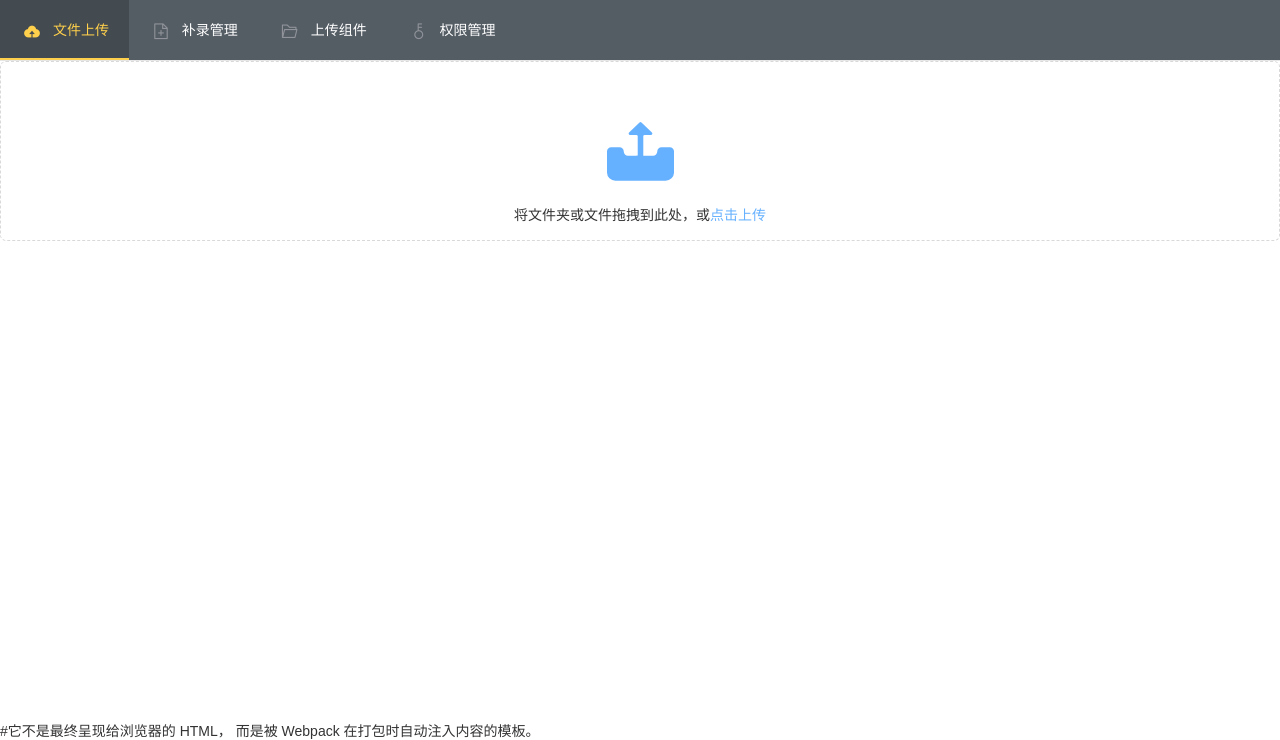
Repository: Savannah20041208/new_web-vue2
Page: /
The author's editor kept a copy of each file at every save. The page is drawn from the files as they stood at one save, then again after the next save.
The browser window is 1280 px wide. The pictures show the whole page.
The page's requests for data from a server got no answer. The project was rebuilt for these pictures with package versions that can differ from the ones it lists, and the page was loaded fresh each time. No one was signed in, and anything a server would have sent is missing. Also part of the build but not shown: vue.config.js, src/components/x-upload/components/x-file.vue, src/components/permission/index.vue, src/components/supplement/index.vue.

Above is the page before, as saved 2025-08-04 18:29:35.

### public/index.html
<!DOCTYPE html>
<html lang="">
  <head>
    <meta charset="utf-8">
    <meta http-equiv="X-UA-Compatible" content="IE=edge">
    <meta name="viewport" content="width=device-width,initial-scale=1.0">
    <link rel="icon" href="<%= BASE_URL %>favicon.ico">
    <title><%= htmlWebpackPlugin.options.title %></title>
  </head>
  <body>
    <noscript>
      <strong>We're sorry but <%= htmlWebpackPlugin.options.title %> doesn't work properly without JavaScript enabled. Please enable it to continue.</strong>
    </noscript>
    <div id="app"></div>
    <!-- built files will be auto injected -->
  </body>
</html>

#它不是最终呈现给浏览器的 HTML，
而是被 Webpack 在打包时自动注入内容的模板。

### src/App.vue
<template>
  <div id="app" style="height: 100vh">
    <navigation />
    <div class="main-content">
      <router-view></router-view>
    </div>

    <x-upload ref="globalUploader" />
  </div>
</template>

<script>
import XUpload from "@/components/x-upload";
import Navigation from "@/components/navigation";

export default {
  name: "App",
  components: {
    XUpload,
    Navigation
  },
  methods: {
    // 导出单独文件->url，通过标识返回不同的值
    exportFileUrl(identifier, type = 'default') {
      const baseUrl = 'api/fileUploadTask';

      switch (type) {
        case 'check':
          // 分片检查请求
          return `${baseUrl}/${identifier}`;
        case 'upload':
          // 分片上传请求
          return `${baseUrl}/upload`;
        case 'direct':
          // 直接上传（不分片）
          return `${baseUrl}/directUpload`;
        case 'supplement':
          // 补录上传
          return `${baseUrl}/supplementUpload`;
        default:
          return `${baseUrl}/upload`;
      }
    },

    // 获取全局上传器实例
    getGlobalUploader() {
      return this.$refs.globalUploader;
    }
  },
  mounted() {
    // 将导出方法挂载到全局，方便其他组件调用
    this.$root.exportFileUrl = this.exportFileUrl;
    this.$root.getGlobalUploader = this.getGlobalUploader;
  }
};
</script>

### src/assets/styles/reset.css
html,
body {
  height: 100%;
  /* 文字风格 Sans-serif 各笔画粗细相同，Serif 笔画粗细不同，monospace 等宽体，cursive草书，fantasy梦幻 */
  font-family: 'Microsoft YaHei', sans-serif, 'Helvetica Neue', Helvetica,
    Arial, '黑体', '宋体', Arial;
  -webkit-tap-highlight-color: transparent;
  -webkit-font-smoothing: antialiased;
  -moz-osx-font-smoothing: grayscale;
}
body {
  font-size: 14px;
  color: #333;
}
#app {
  height: 100%;
}
/* 重置各标签的默认样式 */
a,
body,
center,
cite,
code,
dd,
del,
div,
dl,
dt,
em,
fieldset,
figcaption,
figure,
footer,
form,
h1,
h2,
h3,
h4,
h5,
h6,
header,
hr,
html,
img,
input,
label,
legend,
li,
mark,
ol,
p,
section,
span,
textarea,
time,
td,
th,
ul {
  margin: 0;
  border: 0;
  padding: 0;
  font-style: normal;
  box-sizing: border-box;
  /*  自动换行 */
  word-wrap: break-word;
  /*  强制英文单词断行 */
  word-break: break-all;
}

/*  设置标签为块级分类 */
article,
aside,
details,
fieldset,
figcaption,
figure,
footer,
header,
main,
nav,
section {
  display: block;
}

/* 去除input标签的默认样式 */
button,
input,
textarea {
  -webkit-appearance: none;
  font-family: 'Microsoft YaHei', sans-serif, 'Helvetica Neue', Helvetica,
    Arial, '黑体', '宋体', Arial;
  border: 0;
  margin: 0;
  padding: 0;
  font-size: 1em;
  line-height: 1em;
  outline: none;
  background-color: transparent;
}

/*  禁止多文本框手动拖动大小 */
textarea {
  resize: none;
  -webkit-appearance: none;
}

/* 去掉按下的阴影盒子 */
input,
textarea,
a {
  -webkit-tap-highlight-color: transparent;
}

/*  清除a标签下划线 */
a,
a:visited {
  text-decoration: none;
}
a:focus,
a:active,
a:hover {
  outline: none;
}

/*  清除列表前面的点 */
ol,
li,
ul {
  list-style: none;
}

/*  清除IE下图片的边框 */
img {
  border-style: none;
  font-size: 0;
}

/*  解决chrome浏览器默认黄色背景问题 */
input:-webkit-autofill,
textarea:-webkit-autofill,
select:-webkit-autofill {
  -webkit-box-shadow: 0 0 0 1000px #fff inset;
}

/*  设置默认滚动条样式 */
::-webkit-input-placeholder {
  color: #afbdcc;
}
:-moz-placeholder {
  color: #afbdcc;
}
::-moz-placeholder {
  color: #afbdcc;
}
:-ms-input-placeholder {
  color: #afbdcc;
}
::-webkit-scrollbar {
  width: 6px;
  height: 6px;
}
::-webkit-scrollbar-track {
  background-color: #f5f5f5;
}
::-webkit-scrollbar-track-piece {
  background-color: #f5f5f5;
  border-radius: 6px;
}
::-webkit-scrollbar-thumb {
  background-color: #cccccc;
  border-radius: 6px;
}
::-webkit-scrollbar-corner {
  background-color: #f5f5f5;
}
::-webkit-resizer {
  background-repeat: no-repeat;
  background-position: bottom right;
}

### src/components/navigation/index.vue
<template>
  <div class="navigation">
    <el-menu
      :default-active="activeIndex"
      class="el-menu-demo"
      mode="horizontal"
      @select="handleSelect"
      background-color="#545c64"
      text-color="#fff"
      active-text-color="#ffd04b"
    >
      <el-menu-item index="/">
        <i class="el-icon-upload"></i>
        文件上传
      </el-menu-item>
      <el-menu-item index="/supplement">
        <i class="el-icon-document-add"></i>
        补录管理
      </el-menu-item>
      <el-menu-item index="/xupload">
        <i class="el-icon-folder-opened"></i>
        上传组件
      </el-menu-item>
      <el-menu-item index="/permission">
        <i class="el-icon-key"></i>
        权限管理
      </el-menu-item>
    </el-menu>
  </div>
</template>

<script>
export default {
  name: 'Navigation',
  data() {
    return {
      activeIndex: '/'
    }
  },
  methods: {
    handleSelect(key) {
      this.activeIndex = key;
      this.$router.push(key);
    }
  },
  watch: {
    '$route'(to) {
      this.activeIndex = to.path;
    }
  },
  mounted() {
    this.activeIndex = this.$route.path;
  }
}
</script>

<style scoped>
.navigation {
  width: 100%;
}

.el-menu-demo {
  border-bottom: none;
}
</style>

### src/components/x-upload/components/folder-drag-upload/index.vue
<template>
  <div class="folder-drag-upload">
    <div class="upload-dragger" :class="{
      'is-dragover': dragover
    }" @click="onClick" @drop.prevent="onDrop" @dragover.prevent="onDragover" @dragleave.prevent="onDragleave">
      <slot>
        <template v-if="files.length === 0">
          <div class="upload__svg">
            <svg t="1649654296943" class="icon" viewBox="0 0 1170 1024" version="1.1" p-id="2203" width="67"
              height="67">
              <path
                d="M877.714286 512a73.142857 73.142857 0 0 1-73.142857 73.142857h-438.857143A73.142857 73.142857 0 0 1 292.571429 512 73.142857 73.142857 0 0 0 219.428571 438.857143h-146.285714A73.142857 73.142857 0 0 0 0 512V877.714286a146.285714 146.285714 0 0 0 146.285714 146.285714h877.714286a146.285714 146.285714 0 0 0 146.285714-146.285714v-365.714286A73.142857 73.142857 0 0 0 1097.142857 438.857143h-146.285714a73.142857 73.142857 0 0 0-73.142857 73.142857z"
                fill="#66b1ff" p-id="2204"></path>
              <path
                d="M560.761905 950.857143a48.761905 48.761905 0 0 0 48.761905-48.761905V585.142857h-97.52381v316.952381a48.761905 48.761905 0 0 0 48.761905 48.761905z"
                fill="#66b1ff" p-id="2205"></path>
              <path
                d="M402.285714 222.841905h109.714286a24.380952 24.380952 0 0 1 24.380952 24.380952V877.714286a48.761905 48.761905 0 0 0 97.52381 0V247.222857a24.380952 24.380952 0 0 1 24.380952-24.380952h109.714286a24.380952 24.380952 0 0 0 16.579048-41.935238L601.721905 6.826667a24.380952 24.380952 0 0 0-33.645715 0L385.219048 180.906667a24.380952 24.380952 0 0 0 17.066666 41.935238z"
                fill="#66b1ff" p-id="2206"></path>
            </svg>
          </div>
          <div class="upload__text">将文件夹或文件拖拽到此处，或<em>点击上传</em></div>
        </template>
        <template v-else>
          <el-table :data="Array.from(files)" height="100%" style="width: 100%" show-summary sum-text="共计"
            :summary-method="filesNUM">
            <el-table-column type="index" width="50"></el-table-column>
            <el-table-column prop="webkitRelativePath,fullPath" label="Name">
              <template slot-scope="scope">
                {{ scope.row.webkitRelativePath || scope.row.fullPath || scope.row.name }}
              </template>
            </el-table-column>
            <el-table-column prop="size" label="Size" width="150px">
              <template slot-scope="scope">
                {{ formatSize(scope.row.size) }}
              </template>
            </el-table-column>
            <el-table-column label="操作" width="200" align="center">
              <template slot="header">
                <el-button-group>
                  <el-button size="mini" type="danger" plain icon="el-icon-close"
                    @click.stop="clearFiles">清空</el-button>
                  <el-button size="mini" type="primary" plain @click.stop="submitFiles">
                    提交
                    <i class="el-icon-upload2 el-icon--right"></i>
                  </el-button>
                </el-button-group>
              </template>
              <template slot-scope="scope">
                <el-button size="mini" type="text" @click.stop="removeFile(scope.$index)">删除</el-button>
              </template>
            </el-table-column>
          </el-table>
        </template>
      </slot>
    </div>
    <input ref="input" type="file" name="file" class="upload__input" @change="inputChange" multiple />
  </div>
</template>

<script>
export default {
  name: 'FolderDragUpload',
  data() {
    return {
      dragover: false,
      files: []
    }
  },
  methods: {
    getFiles() {
      return this.files
    },
    onClick() {
      this.$refs.input.click()
    },
    inputChange() {
      const { files } = this.$refs.input
      if (files.length) this.files.push(...files)
    },
    clearFiles() {
      this.files = []
    },
    submitFiles() {
      this.$uploadBus.$emit('openUploader', {
        files: this.files,
      })
    },
    onDragover(e) {
      e.preventDefault()
      this.dragover = true
    },
    onDragleave(e) {
      e.preventDefault()
      this.dragover = false
    },
    onDrop(e) {
      e.preventDefault();
      this.dragover = false;
      const { items } = e.dataTransfer;
      console.log(items);
      for (let i = 0; i <= items.length - 1; i++) {
        let item = items[i];
        if (item.kind === 'file') {
          let entry = item.webkitGetAsEntry();
          if (entry) {
            if (entry.isFile) {
              entry.file((file) => {
                Object.defineProperty(file, 'webkitRelativePath', { writable: true });
                file.webkitRelativePath = entry.fullPath.slice(1);
                this.files.push(file);
              });
            } else if (entry.isDirectory) {
              let dirReader = entry.createReader();
              dirReader.readEntries((entries) => {
                entries.forEach((item) => this.getFileFromEntryRecursively(item));
              });
            }
          }
        }
      }
    },
    //获取文件夹下的所有文件
    getFileFromEntryRecursively(entry) {
      if (entry.isFile) {
        // 是文件
        entry.file((file) => {
          // 获取文件成功
          Object.defineProperty(file, 'webkitRelativePath', {
            writable: true //设置属性为可写
          })
          file.webkitRelativePath = entry.fullPath.slice(1)
          this.files.push(file)
        })
      } else if (entry.isDirectory) {
        // 是文件夹
        let dirReader = entry.createReader()
        dirReader.readEntries((entries) => {
          entries.forEach((item) => this.getFileFromEntryRecursively(item))
        })
      }
    },
    // 文件大小转换字节
    formatSize(size) {
      if (size < 1024) {
        return size + 'B'
      } else if (size < 1024 * 1024) {
        return (size / 1024).toFixed(2) + 'KB'
      } else if (size < 1024 * 1024 * 1024) {
        return (size / 1024 / 1024).toFixed(2) + 'MB'
      } else {
        return (size / 1024 / 1024 / 1024).toFixed(2) + 'GB'
      }
    },
    // 共计文件个数
    filesNUM(params) {
      const { columns, data } = params
      let sum = []
      columns.forEach((item, index) => {
        if (index === 0) return (sum[index] = '共计')
        if (index === columns.length - 1) return (sum[index] = data.length + '个文件')
      })
      return sum
    },
    removeFile(index) {
      this.files.splice(index, 1);
    },
  }
}
</script>

<style lang="scss">
.folder-drag-upload {
  height: 100%;

  .upload-dragger {
    background-color: #fff;
    border: 1px dashed #d9d9d9;
    border-radius: 6px;
    -webkit-box-sizing: border-box;
    box-sizing: border-box;
    min-height: 180px;
    height: 100%;
    text-align: center;
    position: relative;
    overflow: hidden;
    display: flex;
    flex-direction: column;
    justify-content: center;
    align-items: center;

    &:hover {
      cursor: pointer;
      border: 1px dashed #66b1ff;
    }

    .el-icon-upload {
      font-size: 67px;
      color: #c0c4cc;
      margin: 40px 0 16px;
      line-height: 50px;
    }

    .upload__svg {
      padding: 40px 0 16px;
    }

    .upload__text {
      em {
        color: #66b1ff;
      }
    }
  }

  .tip_container {
    display: flex;
    justify-content: space-between;
    font-size: 12px;
    margin-top: 7px;
    color: #606266;

    .upload__tip {
      flex: 1;
    }

    .upload__clear {
      color: #f56c6c;
    }
  }

  .upload__input {
    display: none;
  }

  .is-dragover {
    background-color: rgba(32, 159, 255, 0.06);
    border: 2px dashed #409eff;
  }
}
</style>

Loaded but not shown: src/components/x-upload/chunk.js (610 lines, source omitted); src/components/x-upload/file.js (249 lines, source omitted); src/components/x-upload/uploader.js (242 lines, source omitted); src/components/x-upload/js/drag.js (55 lines, source omitted); src/components/x-upload/utils.js (73 lines, source omitted); src/components/permission/ElButtonWithPermission.js (52 lines, source omitted); src/components/x-upload/js/networkspeed.js (45 lines, source omitted); src/router.js (39 lines, source omitted); src/main.js (23 lines, source omitted); src/components/permission/permission.js (21 lines, source omitted); src/api/mock.js (4 lines, source omitted); src/components/x-upload/js/bus.js (3 lines, source omitted); src/components/x-upload/index.vue (730 lines, source omitted)

After the next save:
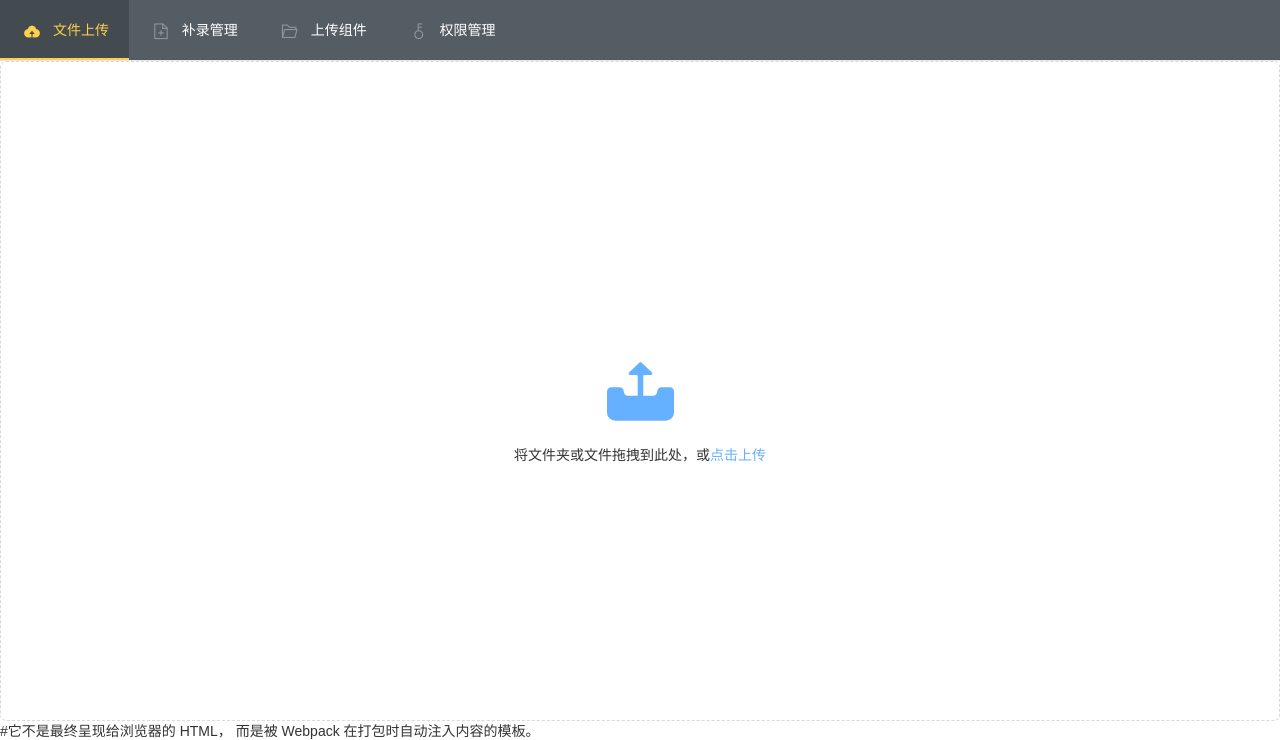
Saved 11 s later.
--- a/src/App.vue
+++ b/src/App.vue
@@ -54,3 +54,10 @@ export default {
   }
 };
 </script>
+
+<style>
+.main-content {
+  height: calc(100vh - 60px);
+  overflow: auto;
+}
+</style>
